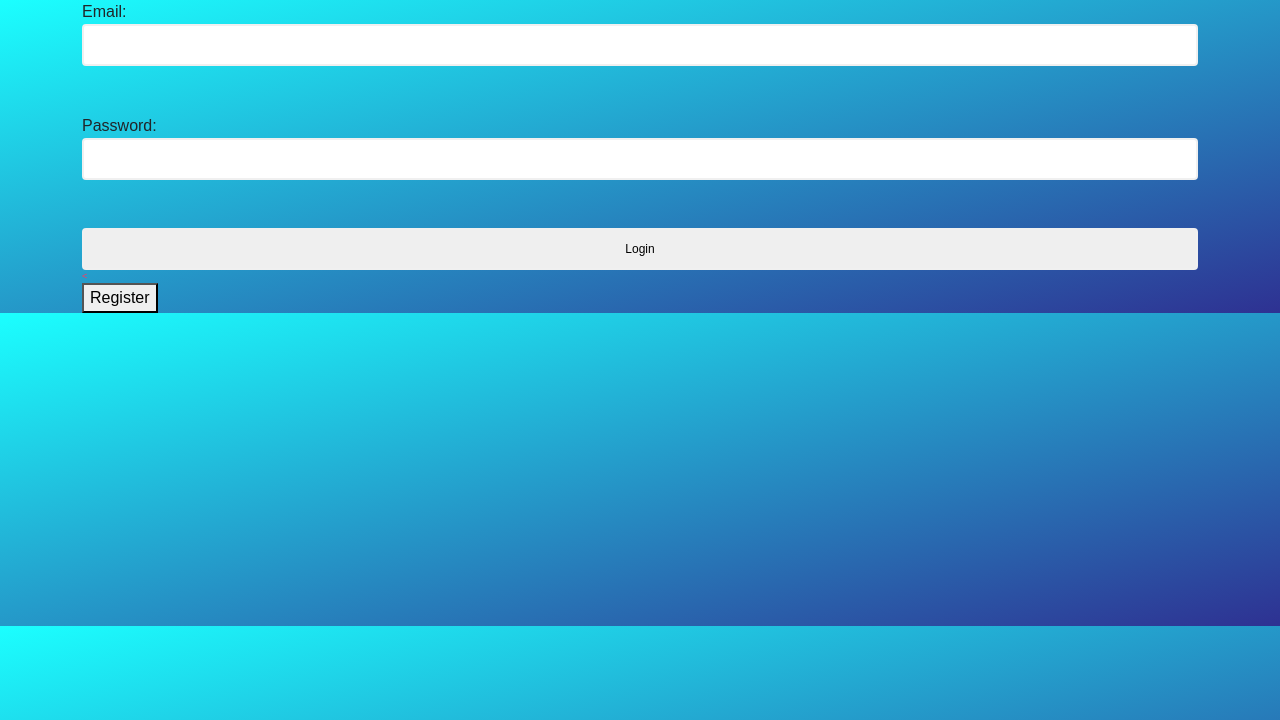
Repository: MD-1107/ISS_Assignment
Page: http://localhost/DemoRegisterLogin/login.jsp
An editor plug-in stored every save of this project. The page is shown before and after the next save, followed by the edit.
The browser window is 1280 px wide. The pictures show the whole page.
The page is served by Tomcat 9. Other server files are loaded and not shown.

Above is the page before, as saved 2024-01-03 11:54:09.
Console error: TypeError: Cannot read properties of undefined (reading 'name')

### INTEGRATING CLIENT SIDE PROGRAMMING/DemoRegisterLogin/src/main/webapp/login.jsp
<%@ page language="java" contentType="text/html; charset=UTF-8"
    pageEncoding="UTF-8"%>
<!DOCTYPE html>
<html>
<head>
<meta charset="UTF-8">
<title>Insert title here</title>
<link href="https://cdn.jsdelivr.net/npm/bootstrap@5.3.2/dist/css/bootstrap.min.css" rel="stylesheet" integrity="sha384-T3c6CoIi6uLrA9TneNEoa7RxnatzjcDSCmG1MXxSR1GAsXEV/Dwwykc2MPK8M2HN" crossorigin="anonymous">
 <script src="https://cdn.jsdelivr.net/npm/bootstrap@5.3.2/dist/js/bootstrap.bundle.min.js" integrity="sha384-C6RzsynM9kWDrMNeT87bh95OGNyZPhcTNXj1NW7RuBCsyN/o0jlpcV8Qyq46cDfL" crossorigin="anonymous"></script>
<script defer src="script.js"></script>
<link rel="stylesheet" href="style.css">
</head>
<body>
<div class="container">
<div class="input-control">
<form name="loginForm" action="Login" method="post">
    Email: <input type="text" id="email" name="email"/> <br/> <br/>
    Password: <input type="password" id="password" name="password"/> <br/> <br/>
    <input type="submit" value="Login" />
</form>
<div class="error"><</div></div>

<div class="input-control">
       <form action="Register" method="get">
        <button type="submit">Register</button>
</div>
</div>
</body>
</html>

### INTEGRATING CLIENT SIDE PROGRAMMING/DemoRegisterLogin/src/main/webapp/style.css
@charset "UTF-8";
body {
    background: linear-gradient(to left top, #2E3192,#1BFFFF);
    font-family: 'Poppins', sans-serif;
}

#form {
    width: 300px;
    margin: 20vh auto 0 auto;
    padding: 20px;
    background-color: whitesmoke;
    border-radius: 4px;
    font-size: 12px;
}

#form h1 {
    color: #0f2027;
    text-align: center;
}

#form button {
    padding: 10px;
    margin-top: 10px;
    width: 100%;
    color: white;
    background-color: rgb(41, 57, 194);
    border: none;
    border-radius: 4px;
}

.input-control {
    display: flex;
    flex-direction: column;
}

.input-control input {
    border: 2px solid #f0f0f0;
	border-radius: 4px;
	display: block;
	font-size: 12px;
	padding: 10px;
	width: 100%;
}

.input-control input:focus {
    outline: 0;
}

.input-control.success input {
    border-color: #09c372;
}

.input-control.error input {
    border-color: #ff3860;
}

.input-control .error {
    color: #ff3860;
    font-size: 9px;
    height: 13px;
}

### INTEGRATING CLIENT SIDE PROGRAMMING/DemoRegisterLogin/src/main/webapp/script.js
document.addEventListener('DOMContentLoaded', function () {
    const form = document.forms['registerForm'];
    const name = form['name'];
    const email = form['email'];
    const contact = form['contact'];
    const password = form['password'];
    const password2 = form['password2'];
    const gender = form['gender'];
    const city = form['city'];

    form.addEventListener('submit', function (e) {
        e.preventDefault();
        validateInputs();
    });

    const setError = function (element, message) {
        const inputControl = element.closest('.input-control');
        const errorDisplay = inputControl.querySelector('.error');

        errorDisplay.innerText = message;
        inputControl.classList.add('error');
        inputControl.classList.remove('success');
    };

    const setSuccess = function (element) {
        const inputControl = element.closest('.input-control');
        const errorDisplay = inputControl.querySelector('.error');

        errorDisplay.innerText = '';
        inputControl.classList.add('success');
        inputControl.classList.remove('error');
    };

    const isValidEmail = function (email) {
        const emailFormat = /^(([^<>()[\]\\.,;:\s@"]+(\.[^<>()[\]\\.,;:\s@"]+)*)|(".+"))@((\[[0-9]{1,3}\.[0-9]{1,3}\.[0-9]{1,3}\.[0-9]{1,3}\])|(([a-zA-Z\-0-9]+\.)+[a-zA-Z]{2,}))$/;
        return emailFormat.test(String(email).toLowerCase());
    };

    const validateInputs = function () {
        const nameValue = name.value.trim();
        const emailValue = email.value.trim();
        const contactValue = contact.value.trim();
        const passwordValue = password.value.trim();
        const password2Value = password2.value.trim();
        const genderValue = gender.value;
        const cityValue = city.value;

        if (nameValue === '') {
            setError(name, 'Username is Required');
        } else {
            setSuccess(name);
        }

        if (emailValue === '') {
            setError(email, 'Email is Required');
        } else if (!isValidEmail(emailValue)) {
            setError(email, 'Valid Email is required');
        } else {
            setSuccess(email);
        }

        if (contactValue === '') {
            setError(contact, 'Contact Number is Required');
        } else if (contactValue.length !== 10) {
            setError(contact, 'Provide Valid Contact Number');
        } else {
            setSuccess(contact);
        }

        if (passwordValue === '') {
            setError(password, 'Password is Required');
        } else if (passwordValue.length < 8) {
            setError(password, 'Password should be at least 8 characters');
        } else {
            setSuccess(password);
        }

        if (password2Value === '') {
            setError(password2, 'Please confirm your password');
        } else if (password2Value !== passwordValue) {
            setError(password2, 'The passwords do not match');
        } else {
            setSuccess(password2);
        }

        if (!genderValue) {
            setError(gender, 'Please select a gender');
        } else {
            setSuccess(gender);
        }

        if (cityValue === 'Select City') {
            setError(city, 'Please select a city');
        } else {
            setSuccess(city);
        }
    };
});

After the next save:
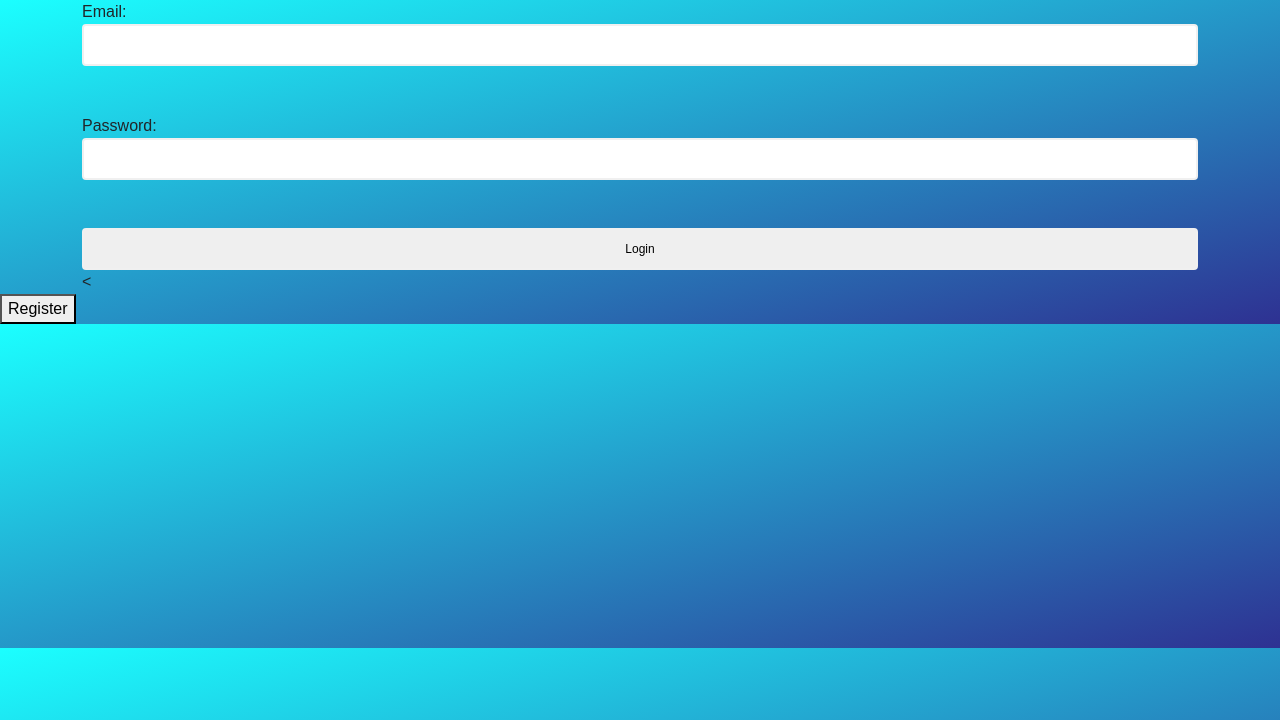
Saved 24 s later.
--- a/INTEGRATING CLIENT SIDE PROGRAMMING/DemoRegisterLogin/src/main/webapp/login.jsp
+++ b/INTEGRATING CLIENT SIDE PROGRAMMING/DemoRegisterLogin/src/main/webapp/login.jsp
@@ -12,11 +12,12 @@
 </head>
 <body>
 <div class="container">
+<form name="loginForm" action="Login" method="post">
 <div class="input-control">
-<form name="loginForm" action="Login" method="post">
     Email: <input type="text" id="email" name="email"/> <br/> <br/>
     Password: <input type="password" id="password" name="password"/> <br/> <br/>
     <input type="submit" value="Login" />
+    </div>
 </form>
 <div class="error"><</div></div>
 
@@ -24,6 +25,5 @@
        <form action="Register" method="get">
         <button type="submit">Register</button>
 </div>
-</div>
 </body>
 </html>
